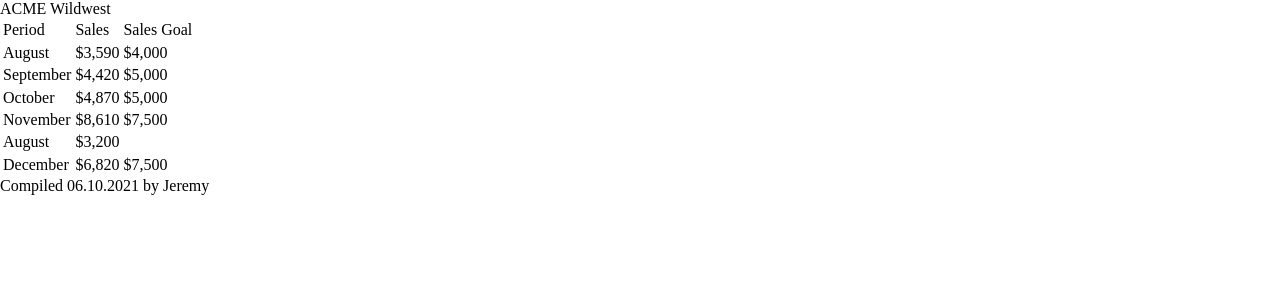
Repository: jknudsen97/jknudsen97.github.io
Page: W08 Activity/tablebuild.html
An editor plug-in stored every save of this project. The page is shown before and after the next save, followed by the edit.
The browser window is 1280 px wide. The pictures show the whole page.

Above is the page before, as saved 2021-06-10 03:48:38.

### W08 Activity/tablebuild.html
<!DOCTYPE html>
<html lang="en">
<head>
    <meta charset="UTF-8">
    <meta http-equiv="X-UA-Compatible" content="IE=edge">
    <meta name="viewport" content="width=device-width, initial-scale=1.0">
    <link rel="preconnect" href="https://fonts.gstatic.com">
    <link href="https://fonts.googleapis.com/css2?family=Ubuntu:wght@300&display=swap" rel="stylesheet">
    <link rel="stylesheet" href="https://cdnjs.cloudflare.com/ajax/libs/normalize/8.0.1/normalize.min.css">
    <link rel="stylesheet" href="css/main.css"/>
    <title>Table Build</title>
</head>
    <body>
        <table>
            <thead>ACME Wildwest</thead>
            <tbody>
            <tr>
                <td>Period</td>
                <td>Sales</td>
                <td>Sales Goal</td>
            </tr>
            <tr>
                <td>August</td>
                <td>$3,590</td>
                <td>$4,000</td>
            </tr>
            <tr>
                <td>September</td>
                <td>$4,420</td>
                <td>$5,000</td>
            </tr>
            <tr>
                <td>October</td>
                <td>$4,870</td>
                <td>$5,000</td>
            </tr>
            <tr>
                <td>November</td>
                <td>$8,610</td>
                <td class="unique">$7,500</td>
            </tr>
            <tr>
                <td>August</td>
                <td>$3,200</td>
            </tr>
            <tr>
                <td>December</td>
                <td>$6,820</td>
                <td>$7,500</td>
            </tr>
            </tbody>
        </table>
    </tfoot>Compiled 06.10.2021 by Jeremy</tfoot>
    </body>
</html>

### W08 Activity/css/main.css
body{
    font-family: 'Ubuntu, sans-serif'
}

After the next save:
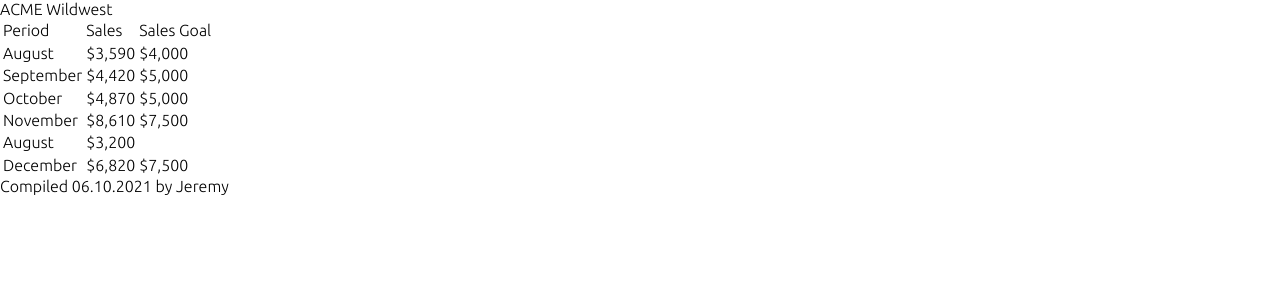
Saved 8 s later.
--- a/W08 Activity/css/main.css
+++ b/W08 Activity/css/main.css
@@ -1,3 +1,3 @@
 body{
-    font-family: 'Ubuntu, sans-serif'
+    font-family: 'Ubuntu', sans-serif;
 }
